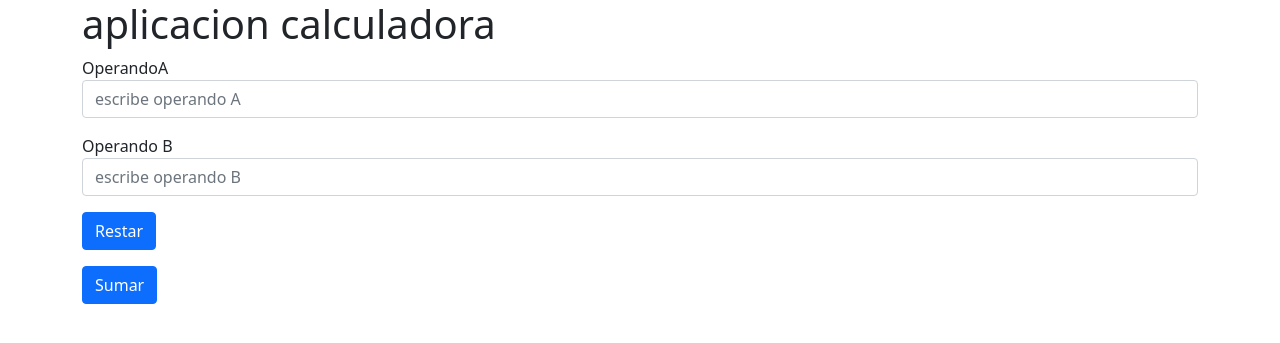
Repository: iwinser117/dw
Page: javascript udemy 43/ejercices/calculadora/index.html
An editor plug-in stored every save of this project. The page is shown before and after the next save, followed by the edit.
The browser window is 1280 px wide. The pictures show the whole page.

Above is the page before, as saved 2022-10-02 12:01:44.

After the next save:
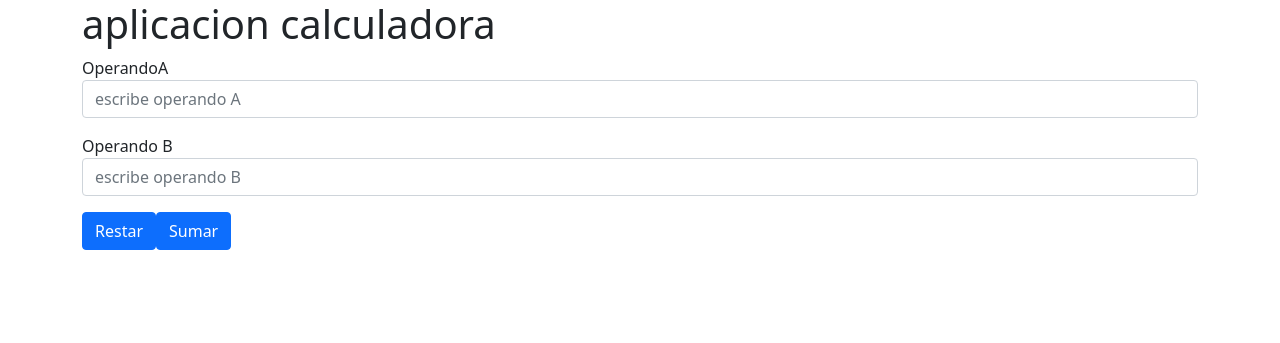
Saved 6 s later.
--- a/javascript udemy 43/ejercices/calculadora/index.html
+++ b/javascript udemy 43/ejercices/calculadora/index.html
@@ -27,7 +27,7 @@
 
     </form>
 
-    <div class="btn-fcn" style="d">
+    <div class="btn-fcn" style="display:flex">
         <button class="btn btn-primary mb-3" onclick="restar()">Restar</button>
     <div id="resultadoResta">
     <button class="btn btn-primary mb-3" onclick="sumar()">Sumar</button>
